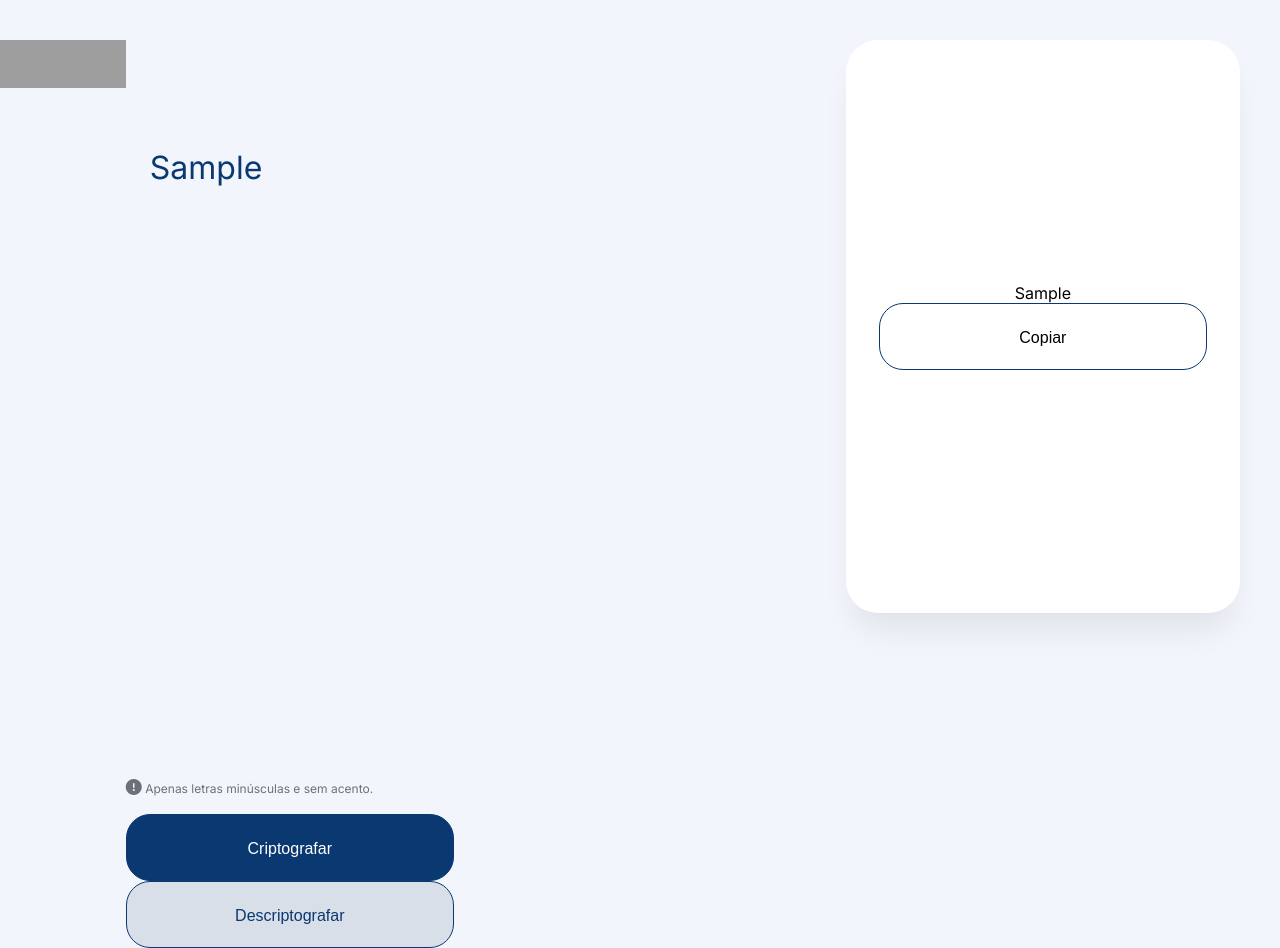
Repository: CarlosEduardoVdeOliveira/descodificador-de-texto
Page: index.html
An editor plug-in stored every save of this project. The page is shown before and after the next save, followed by the edit.
The browser window is 1280 px wide. The pictures show the whole page.
Empty fields were first filled with sample values (such as "Sample", 5 or name@example.com).
After loading, the first visible `button.button-cryptography` was clicked once.
Pictures or frames that could not be fetched are drawn as grey boxes.

Above is the page before, as saved 2023-04-12 09:35:49.

After the next save:
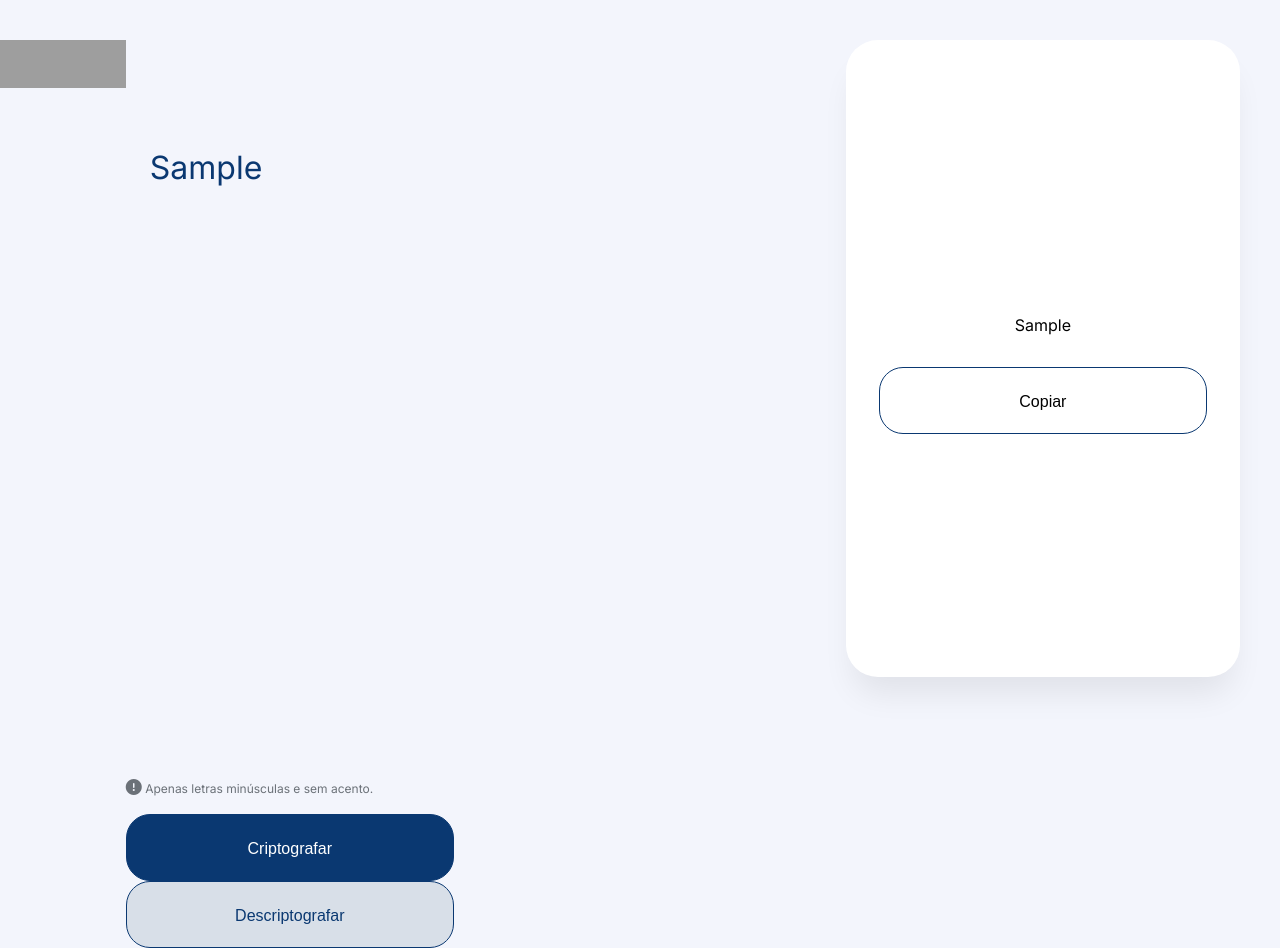
Saved 47 s later.
--- a/public/styles/index.css
+++ b/public/styles/index.css
@@ -104,7 +104,7 @@ button{
 }
 
 .format-text-cryption{
-
+   margin: 2rem;
 }
 
 .button-copy-cryption{
